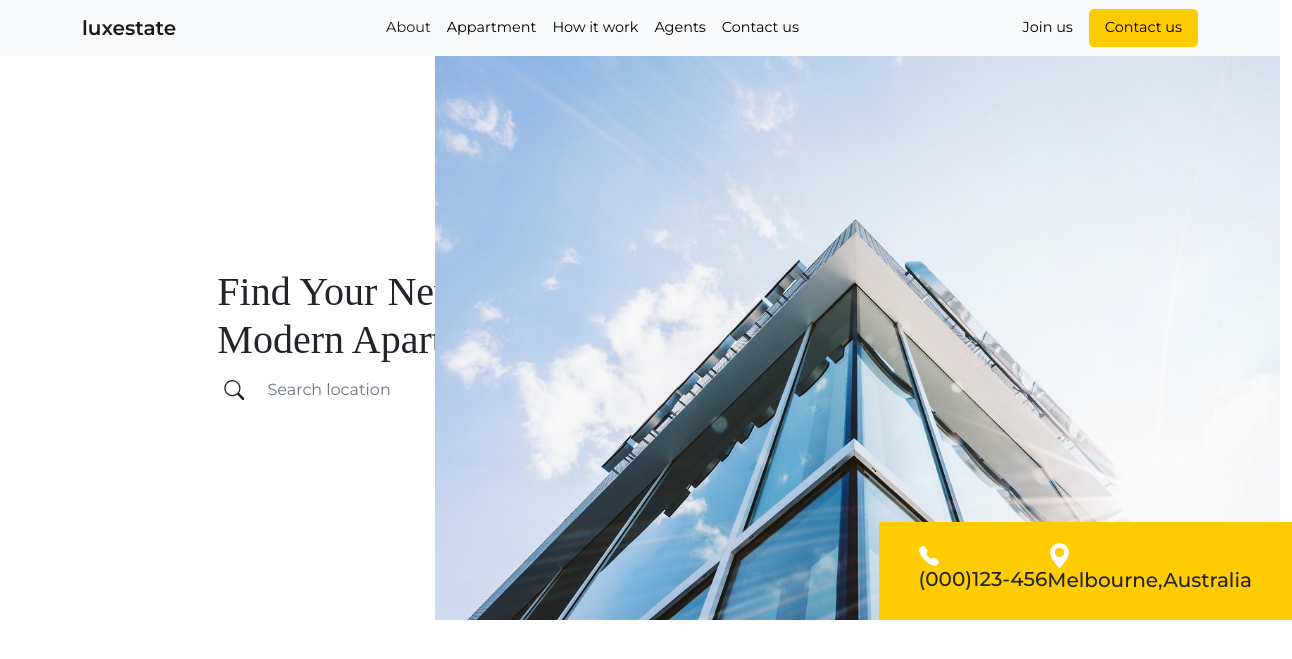
Repository: Toqa-25/luxstate
Page: index.html
The author's editor kept a copy of each file at every save. The page is drawn from the files as they stood at one save, then again after the next save.
The browser window is 1280 px wide. The page is 1292 px wide, so the pictures cover 1292 px, including what lies to the right of the window. The pictures show the whole page.

Above is the page before, as saved 2021-06-08 00:09:07.

After the next save:
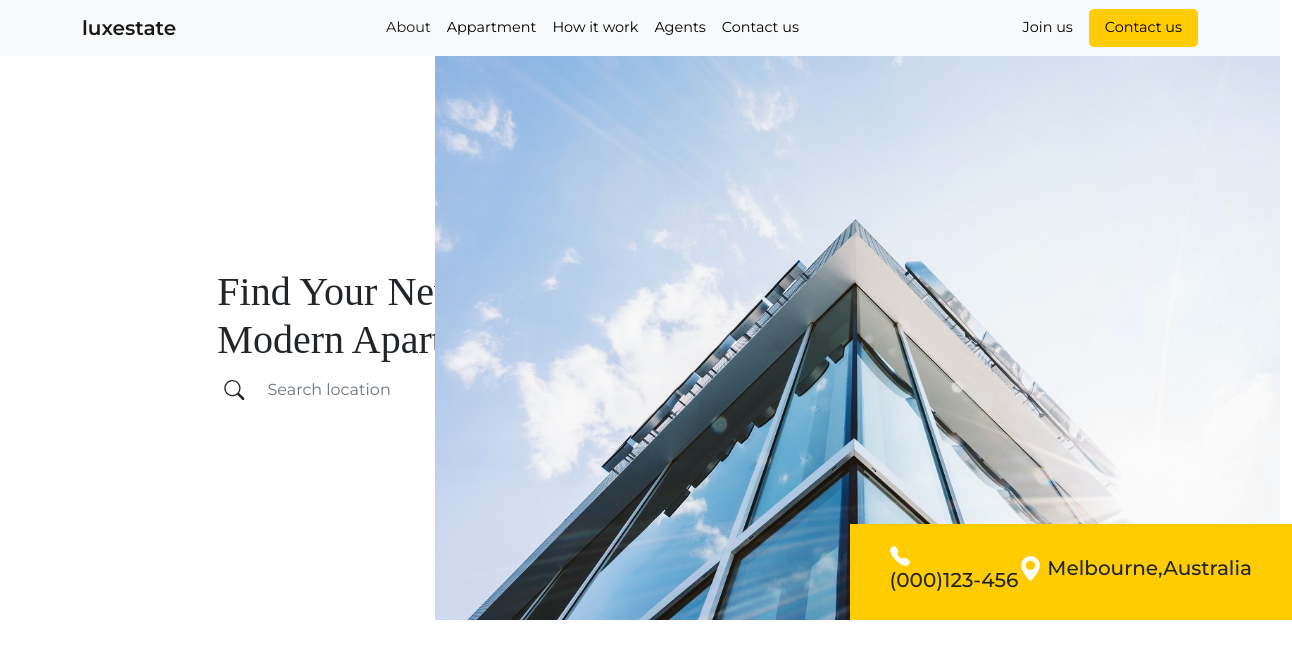
Saved 6 s later.
--- a/index.html
+++ b/index.html
@@ -68,7 +68,7 @@
           </svg>
           <h5>(000)123-456</h5>
         </div>
-        <div class="down-svg d">
+        <div class="down-svg d-flex">
           <svg xmlns="http://www.w3.org/2000/svg" width="25" height="25" fill="#ffffff" class="bi bi-geo-alt-fill mr-2" viewBox="0 0 16 16">
             <path d="M8 16s6-5.686 6-10A6 6 0 0 0 2 6c0 4.314 6 10 6 10zm0-7a3 3 0 1 1 0-6 3 3 0 0 1 0 6z"/>
           </svg>
